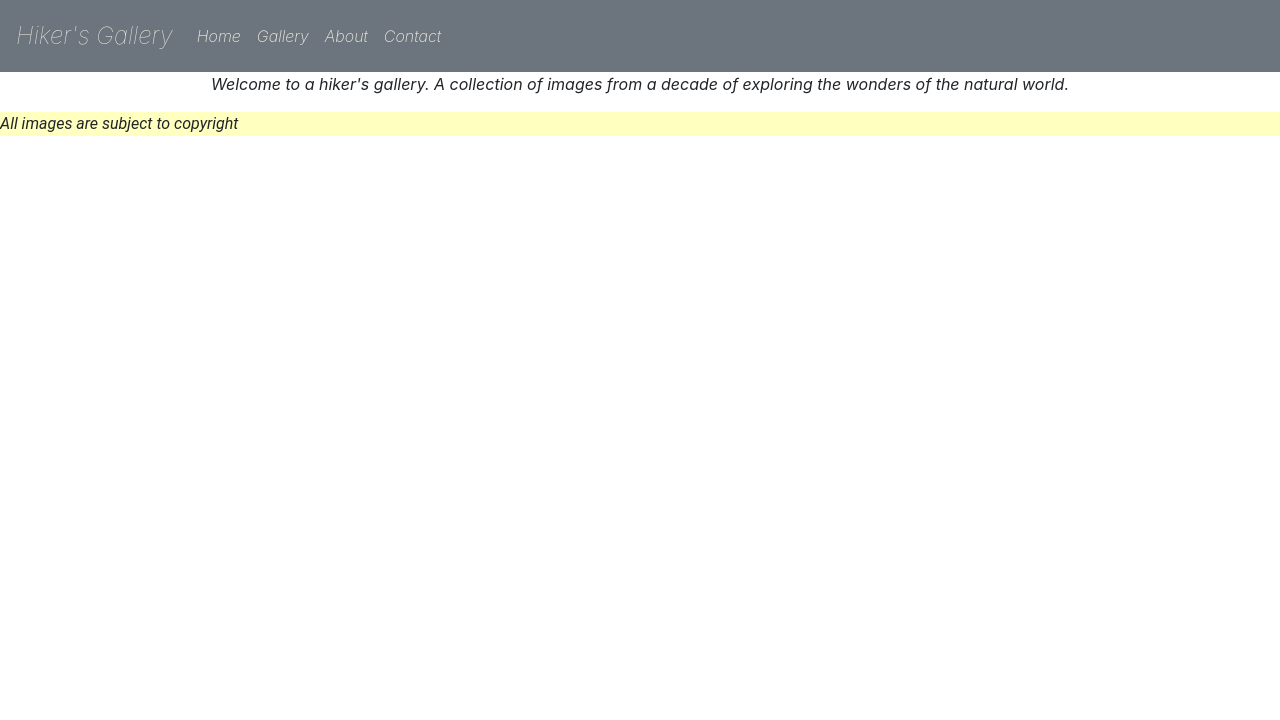
Repository: S-Perring/hiker
Page: index.html
The author's editor kept a record of every edit. The page is drawn from the files as they stood at one moment, then again after the next edit.
The browser window is 1280 px wide. The pictures show the whole page.

Above is the page before.

After the next edit:
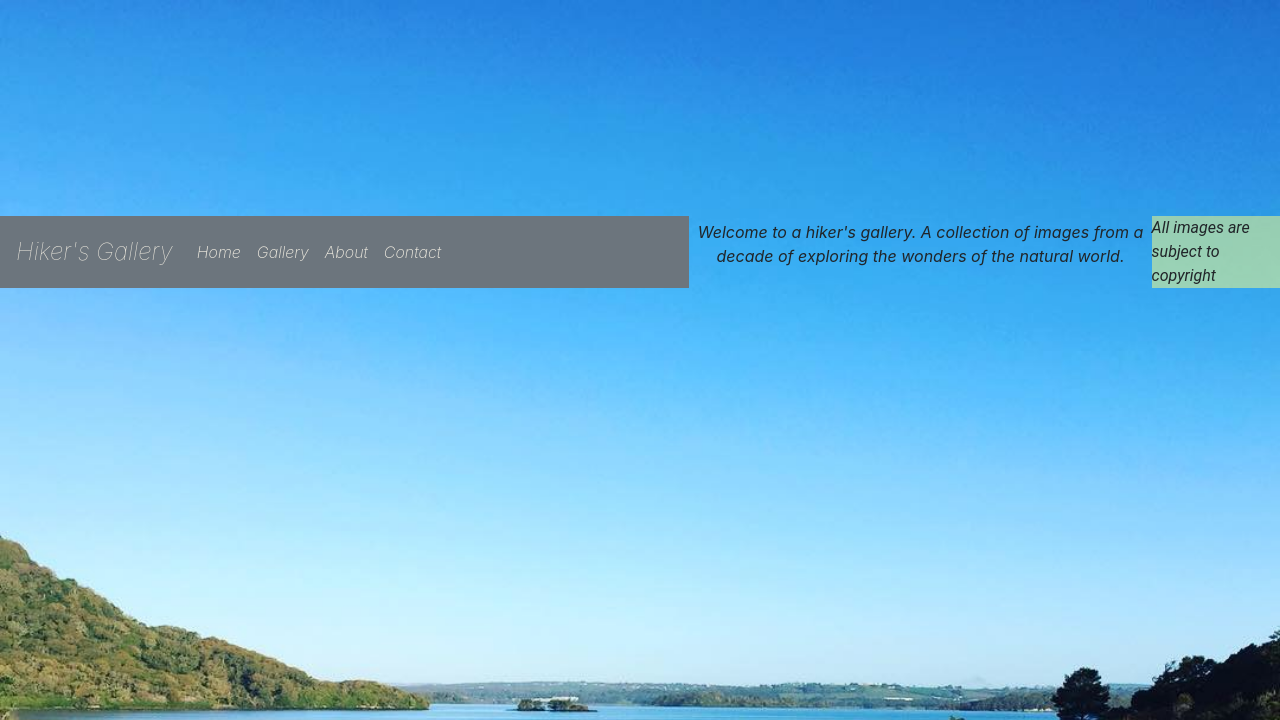
The edit:
--- a/index.html
+++ b/index.html
@@ -9,8 +9,8 @@
     <link rel="stylesheet" href="css/style.css" type="text/css" />
     <title>Hiker's Gallery</title>
 </head>
-<body>
-<header>
+<body class="main-pic">
+<header class="container-fluid">
     <nav class="navbar navbar-expand-sm bg-secondary">
         <a href="/" class="navbar-brand">Hiker's Gallery</a>
         <ul class="navbar navbar-nav">

After the 3 edits that followed:
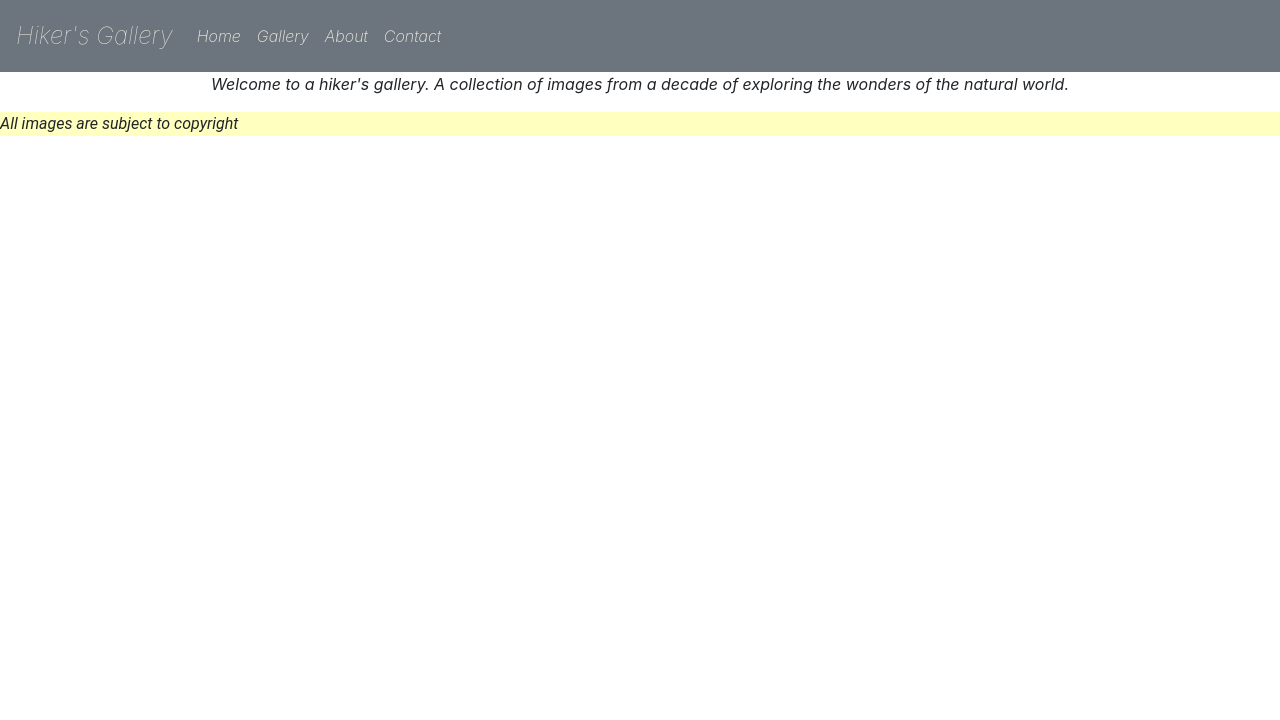
The 3 edits are shown as one change because 2 left the picture as it was.
The edit:
--- a/index.html
+++ b/index.html
@@ -9,14 +9,15 @@
     <link rel="stylesheet" href="css/style.css" type="text/css" />
     <title>Hiker's Gallery</title>
 </head>
-<body class="main-pic">
+<body>
 <header class="container-fluid">
     <nav class="navbar navbar-expand-sm bg-secondary">
         <a href="/" class="navbar-brand">Hiker's Gallery</a>
+  <button class="navbar-toggler" type="button" data-toggle="collapse" data-target="#navbarNav" aria-controls="navbarNav" aria-expanded="false" aria-label="Toggle navigation">
+    <span class="navbar-toggler-icon"></span>
+  </button>
+  <div class="collapse navbar-collapse" id="navbarNav">
         <ul class="navbar navbar-nav">
-            <button class="navbar-toggler" type="button" data-toggle="collapse" data-target="#navbarNav" aria-controls="navbarNav" aria-expanded="false" aria-label="Toggle navigation">
-            <span class="navbar-toggler-icon"></span>
-            </button>
             <li class="nav-item"><a class="nav-link" href="/">Home</a></li>
             <li class="nav-item"><a class="nav-link" href="">Gallery</a></li>
             <li class="nav-item"><a class="nav-link" href="">About</a></li>
